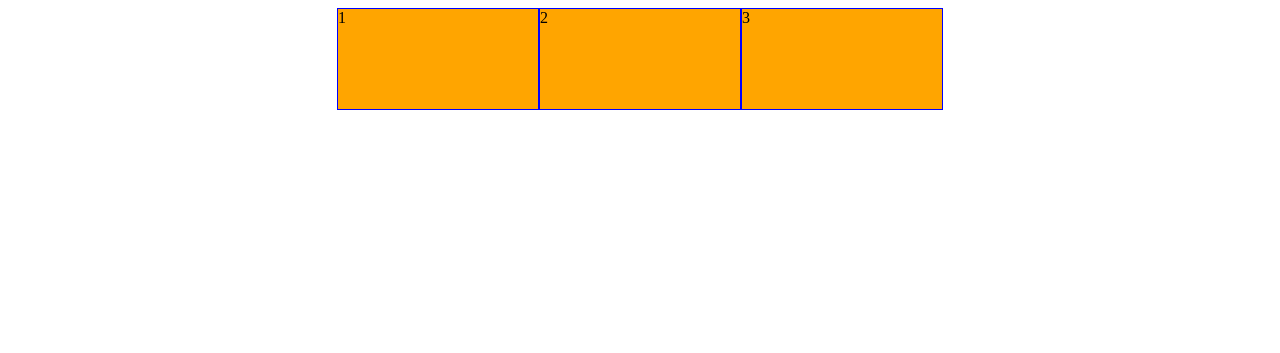
Repository: lopanghub/git_study
Page: http://localhost/JSPClassCh06/flex_layout01.jsp
These files come from the project's save history. The page is drawn as it stood at one moment and after the next save; the edit follows.
The browser window is 1280 px wide. The pictures show the whole page.
The page is served by Tomcat 9. Other server files are loaded and not shown.

Above is the page before, as saved 2024-04-09 01:40:54.

### JSPStudy/JSPClassCh06/src/main/webapp/flex_layout01.jsp
<%@ page language="java" contentType="text/html; charset=UTF-8"
    pageEncoding="UTF-8"%>
<!DOCTYPE html>
<html>
<head>
<meta charset="UTF-8">
<title>Insert title here</title>
<style>
	#box{
		display:flex;
		justify-content:center;
		align-items: center;
	}
	.item{

		border: 1px solid blue;
		width:200px;
		height:100px;
		background-color:orange;
	}
</style>
</head>
<body>
	<div id = "box">
		<div class="item">1</div>
		<div class="item">2</div>
		<div class="item">3</div>
	</div>
</body>
</html>

After the next save:
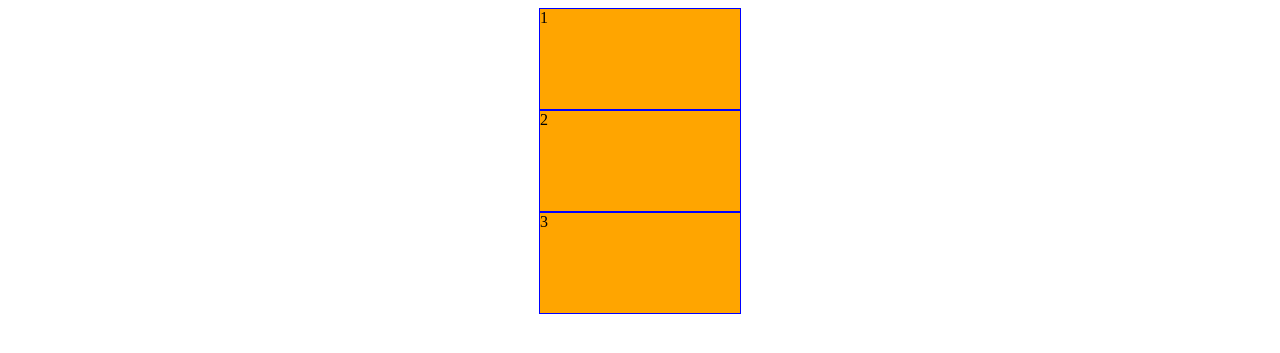
Saved 31 s later.
--- a/JSPStudy/JSPClassCh06/src/main/webapp/flex_layout01.jsp
+++ b/JSPStudy/JSPClassCh06/src/main/webapp/flex_layout01.jsp
@@ -8,7 +8,7 @@
 <style>
 	#box{
 		display:flex;
-		justify-content:center;
+		flex-direction: column;
 		align-items: center;
 	}
 	.item{
